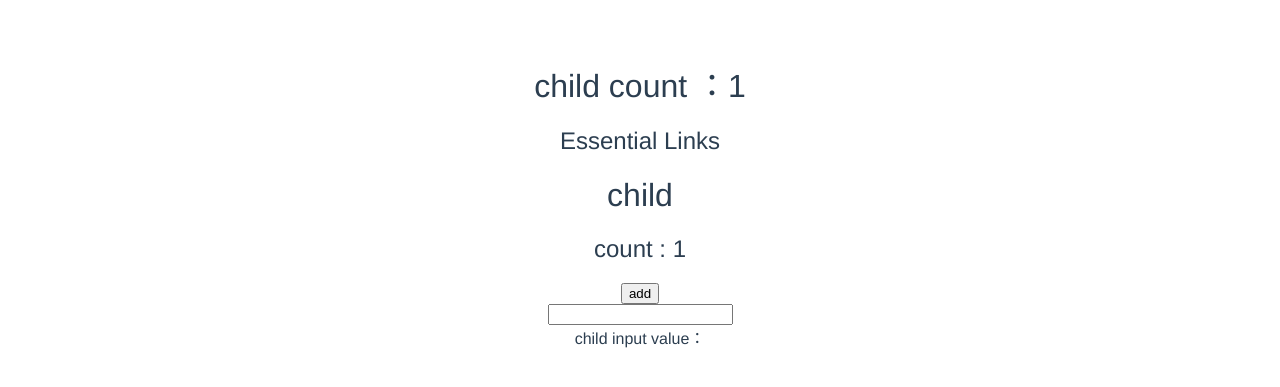
Repository: NotTooTwo/vueRouter
Page: /#/
The author's editor kept a copy of each file at every save. The page is drawn from the files as they stood at one save, then again after the next save.
The browser window is 1280 px wide. The pictures show the whole page.
The project was rebuilt for these pictures with package versions that can differ from the ones it lists, and the page was loaded fresh each time.

Above is the page before, as saved 2018-03-13 10:36:36.

After the next save:
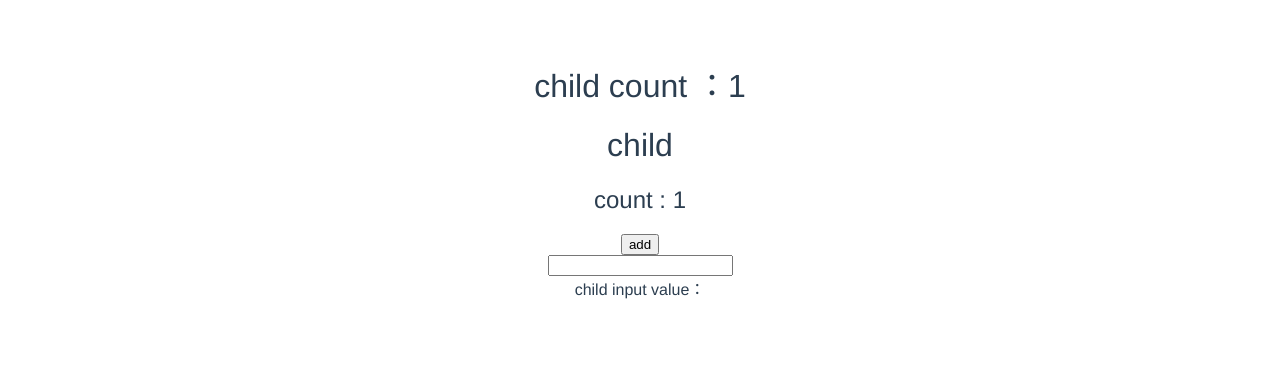
Saved 13 s later.
--- a/src/components/HelloWorld.vue
+++ b/src/components/HelloWorld.vue
@@ -1,7 +1,6 @@
 <template>
   <div class="hello">
     <h1>child count ：{{childNum}}</h1>
-    <h2>Essential Links</h2>
     <!-- 子组件给父组件传参：子组件内(add()函数)$emit触发父组件的预定义的触发函数 -->
     <Child :countNum=1 v-on:childCount="countChildNum"></Child>
     <div>child input value：{{msg}}</div>
